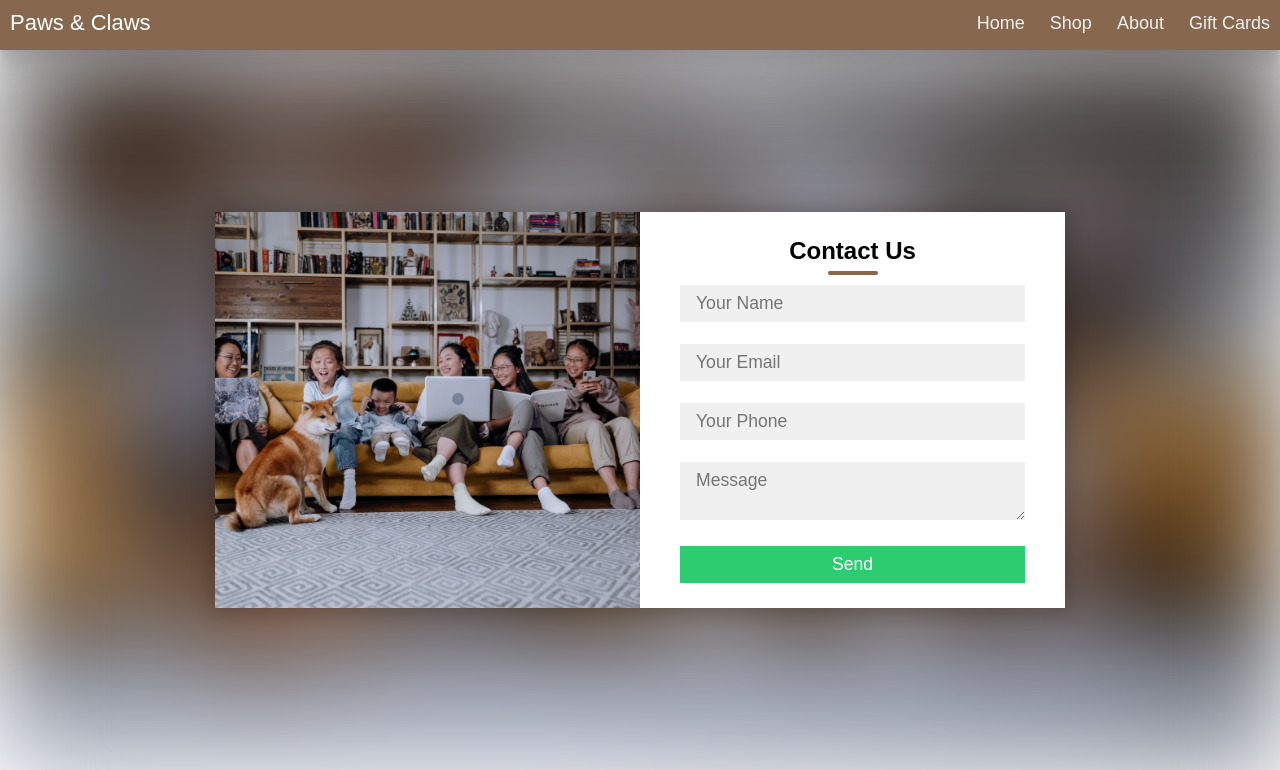
Repository: LtGriff/petProject
Page: dist/contact.html
These files come from the project's save history. The page is drawn as it stood at one moment and after the next save; the edit follows.
The browser window is 1280 px wide. The pictures show the whole page.

Above is the page before, as saved 2022-05-19 05:10:50.
Console error: SyntaxError: Unexpected token ':'

### dist/contact.html
<!DOCTYPE html>
<html lang="en">
<head>
    <meta charset="UTF-8">
    <meta http-equiv="X-UA-Compatible" content="IE=edge">
    <meta name="viewport" content="width=device-width, initial-scale=1.0">
    <title>Let's Connect!</title>
    <link rel="stylesheet" type="text/css" href="../CSS/contact.css">
</head>
<body>

<!--NAV RIGHT SIDE-->

<div class="nav">
    <input type="checkbox" id="nav-check">
    <div class="nav-header">
      <div class="nav-title">
        Paws & Claws
      </div>
    </div>
    <div class="nav-btn">
      <label for="nav-check">
        <span></span>
        <span></span>
        <span></span>
      </label>
    </div>

    <div class="nav-links">
      <a href="index.html" target="">Home</a>
      <a href="shop.html" target="_blank">Shop</a>
      <a href="about.html" target="_blank">About</a>
      <a href="giftcard.html" target="_blank">Gift Cards</a>
    </div>
  </div>











<!-- partial -->
  <script  src="./script.js"></script>



    <div class="container">
        <div class="contact-box">
        <div class="left"></div>
        <div class="right">
            <h2>Contact Us</h2>
            <input type="text" class="field" placeholder="Your Name">
            <input type="email" class="field" placeholder="Your Email">
            <input type="text" class="field" placeholder="Your Phone">
            <textarea class="field" placeholder="Message"></textarea>
            <button class="btn">Send</button>
        </div>
        </div>
        </div>

</body>
</html>

### dist/CSS/contact.css
*{
    padding: 0;
    margin: 0;
    box-sizing: border-box;
    font-family: 'quicksand', sans-serif;
    box-sizing: border-box;
}

body{
    width: 100%;
    height: 100vh;
}

.container{
    position: relative;
    display: flex;
    justify-content: center;
    align-items: center;
    width: 100%;
    height: 100%;
    padding: 20px 100;
}

.container:after{
    content: '';
    position: absolute;
    left: 0;
    top: 0;
    width: 100%;
    height: 100%;
    background: url("../img/dogphone.jpg") no-repeat center;
    background-size: cover;
    z-index: -100;
    filter: blur(50px);
}

.contact-box{
    max-width: 850px;
    display: grid;
    grid-template-columns: repeat(2,1fr);
    justify-content: center;
    align-items: center;
    text-align: center;
    background-color: #fff;
    box-shadow: 0px 0px 19px 5px rgba(0, 0, 0, 0.19);
}

.left{
    height: 100%;
    background: url("../img/dogphone.jpg") no-repeat center;
    background-size: cover;
}

.right{
    padding: 25px 40px;
}

h2{
    position: relative;
    padding-bottom: 10px;
    margin-bottom: 10px;
}

h2:after{
    content: '';
    position: absolute;
    left: 50%;
    bottom: 0;
    transform: translateX(-50%);
    height: 4px;
    width: 50px;
    border-radius: 2px;
    /** Bar underneath Contact US **/
    background-color: #87684e;
}

.field{
    width: 100%;
    padding: 0.5rem 1rem;
    outline: none;
    border: 2px; solid rgba(0, 0, 0, 0);
    background-color: rgba(230, 230, 230, 0.6);
    font-size: 1.1rem;
    margin-bottom: 22px;
    transition: .3s;
}

.field:hover{
    background-color: rgba(0, 0, 0, 0.1);
}

.field:focus{
    background-color: #fff;
    border: 2px solid rgba(30, 85, 250, 0.47);

}

.area{
    min-height: 150px;
}

.btn{
    width: 100%;
    padding: 0.5rem 1rem;
    font-size: 1.1rem;
    background-color: #2ecc71;
    cursor: pointer;
    outline: none;
    border: none;
    color: #fff;
    transition: .3s;
}

.btn:hover{
    background-color: #27ae60;
}









/** NAV BAR **/

* {
  box-sizing: border-box;
}

body {
  margin: 0px;
  font-family: 'segoe ui';
}

.nav {
  height: 50px;
  width: 100%;
  background-color: #87684e;

/**
  opacity: .5;
  filter: alpha(opacity=50);
  position: relative;**/
  /* z-index: ; */


  box-shadow:
  0 2.8px 2.2px rgba(0, 0, 0, 0.034),
  0 6.7px 5.3px rgba(0, 0, 0, 0.048),
  0 12.5px 10px rgba(0, 0, 0, 0.06),
  0 22.3px 17.9px rgba(11, 4, 4, 0.072),
  0 41.8px 33.4px rgba(0, 0, 0, 0.086),
  0 100px 80px rgba(0, 0, 0, 0.12);
}

.nav > .nav-header {
  display: inline;
}

.nav > .nav-header > .nav-title {
  display: inline-block;
  font-size: 22px;
  color: #fff;
  padding: 10px 10px 10px 10px;
}

.nav > .nav-btn {
  display: none;
}

.nav > .nav-links {
  display: inline;
  float: right;
  z-index: 9;
  font-size: 18px;
}

.nav > .nav-links > a {
  display: inline-block;
  padding: 13px 10px 13px 10px;
  text-decoration: none;
  color: #efefef;
}

.nav > .nav-links > a:hover {
  background-color: rgba(0, 0, 0, 0.3);
}

.nav > #nav-check {
  display: none;
}

@media (max-width:600px) {
  .nav > .nav-btn {
    display: inline-block;
    position: absolute;
    right: 0px;
    top: 0px;
  }
  .nav > .nav-btn > label {
    display: inline-block;
    width: 50px;
    height: 50px;
    padding: 13px;
  }
  .nav > .nav-btn > label:hover,.nav  #nav-check:checked ~ .nav-btn > label {
    background-color: rgba(0, 0, 0, 0.3);
  }
  .nav > .nav-btn > label > span {
    display: block;
    width: 25px;
    height: 10px;
    border-top: 2px solid #eee;
  }
  .nav > .nav-links {
    position: absolute;
    display: block;
    width: 100%;
    background: rgb(234,212,189);
    background: linear-gradient(7deg, rgba(234,212,189,1) 0%, rgba(204,175,140,1) 24%, rgba(191,161,124,1) 64%, rgba(135,104,78,1) 98%);
    height: 0px;
    transition: all 0.3s ease-in;
    overflow-y: hidden;
    top: 50px;
    left: 0px;
  }
  .nav > .nav-links > a {
    display: block;
    width: 100%;
  }
  .nav > #nav-check:not(:checked) ~ .nav-links {
    height: 0px;
  }
  .nav > #nav-check:checked ~ .nav-links {
    height: calc(28vh - 50px);
    overflow-y: auto;
  }
}

@media screen and (max-width:880px){

    .contact-box{
        grid-template-columns: 1fr;
    }

    .left{
        height: 200px;
    }
}
**/

### dist/script.js
const menuToggle = document.querySelector('.toggle');
      const showcase = document.querySelector('.showcase');

      menuToggle.addEventListener('click', () => {
        menuToggle.classList.toggle('active');
        showcase.classList.toggle('active');
      })

// product shop page images

const shop = [
  {
    image: 'img.catpink.jpg',
    price: '0.56',
    description: "Weruvacat Food"
  },

  {
    image:
    price:
    description:
  },
































]


let postHTML = " ";


for (let i = 0; i < shop.length; i++) {
    let heading = '<div class="product col-sm-6 col-md-4 col-lg-3">';
    let image = '<img class="img-fluid mb-4" src="' + shop[i].image + '"/';
    let price = '<div><p>' + '<span class="price"> $' + shop[i].price + '</span>';
    let description = shop[i].description + '</p><a class="cart" href="#"><i class="fas fa-cart-plus"></i></a> <a class="view" href="#" target="_blank"> View Item</a></div></div>';
    let concatThis = heading + image + price + description;
    postHTML = postHTML + concatThis;
  }
document.getElementById('market').innerHTML = postHTML;

After the next save:
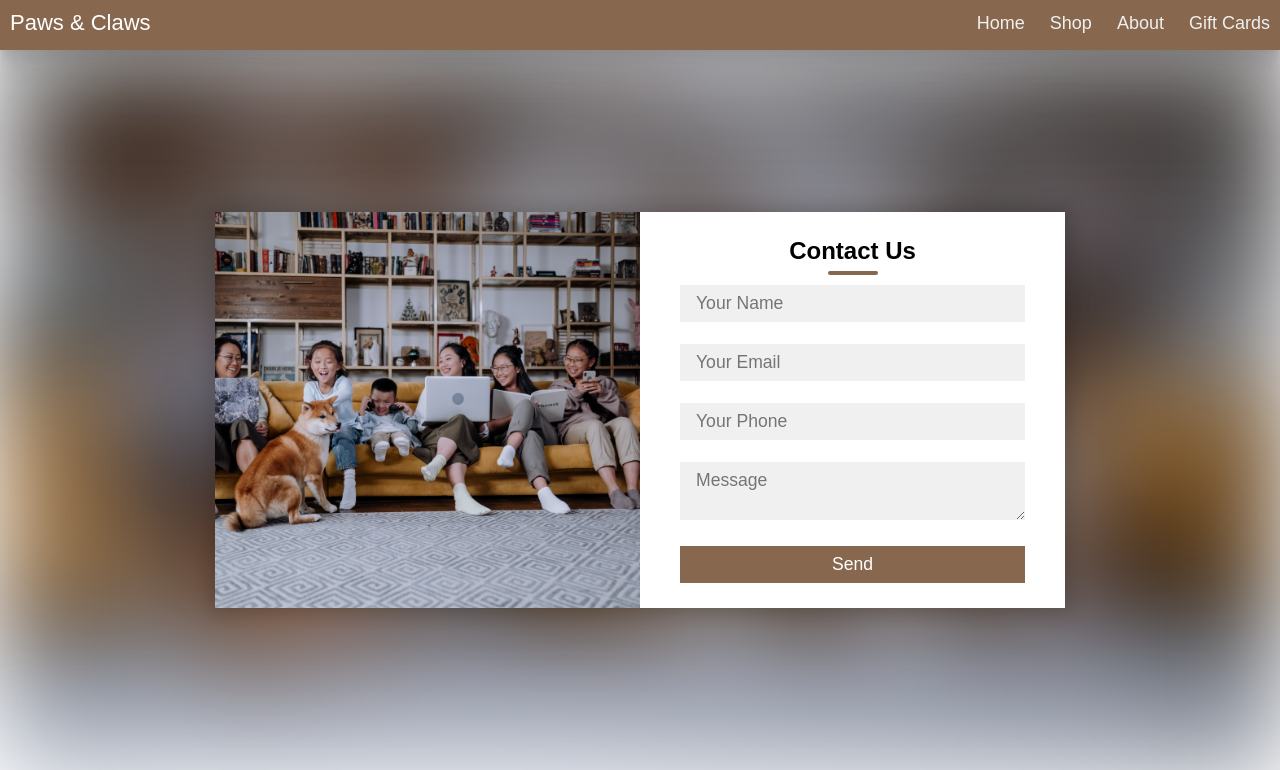
Saved 6 s later.
--- a/dist/CSS/contact.css
+++ b/dist/CSS/contact.css
@@ -103,7 +103,7 @@ h2:after{
     width: 100%;
     padding: 0.5rem 1rem;
     font-size: 1.1rem;
-    background-color: #2ecc71;
+    background-color: #87684e;
     cursor: pointer;
     outline: none;
     border: none;
